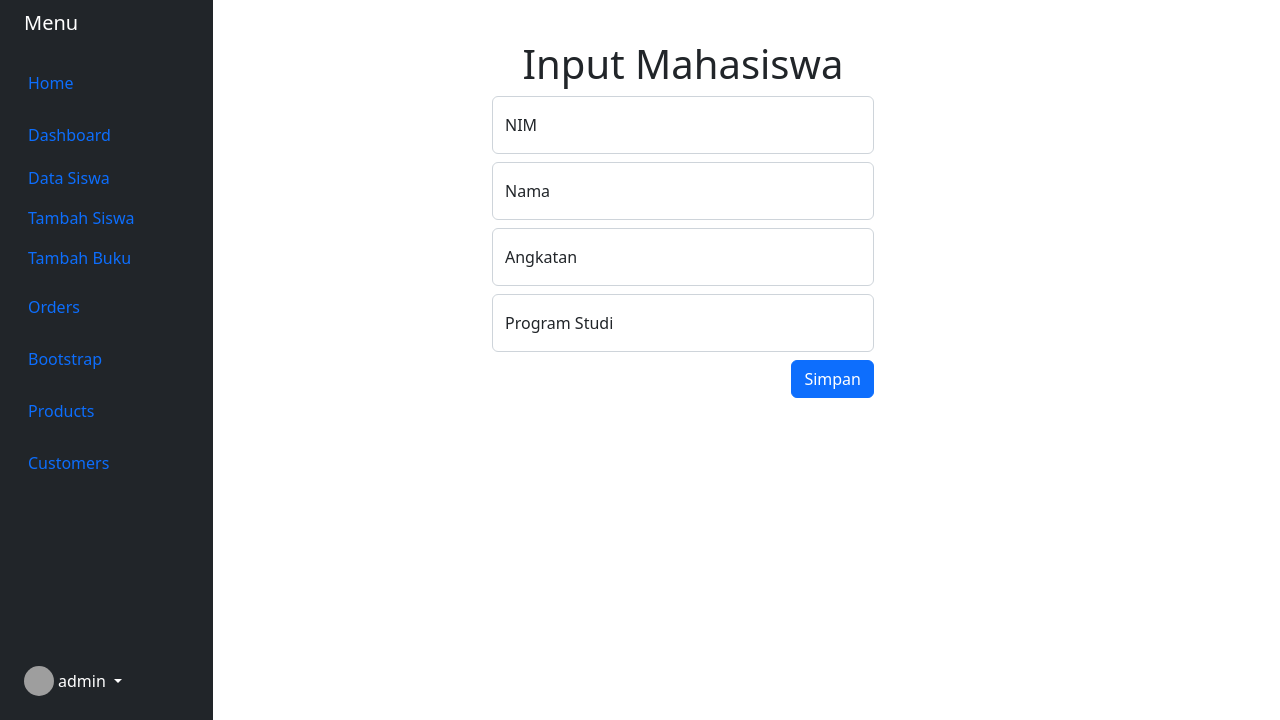
Repository: ervina991/uas-headless-cms
Page: /admin/createsiswa
An editor plug-in stored every save of this project. The page is shown before and after the next save, followed by the edit.
The browser window is 1280 px wide. The pictures show the whole page.
Pictures or frames that could not be fetched are drawn as grey boxes. The project was rebuilt for these pictures with package versions that can differ from the ones it lists, and the page was loaded fresh each time. The framework's server and built-in components were replaced by stand-ins that run in the browser. Also part of the build but not shown: next.config.js.

Above is the page before, as saved 2023-01-16 17:41:37.

After the next save:
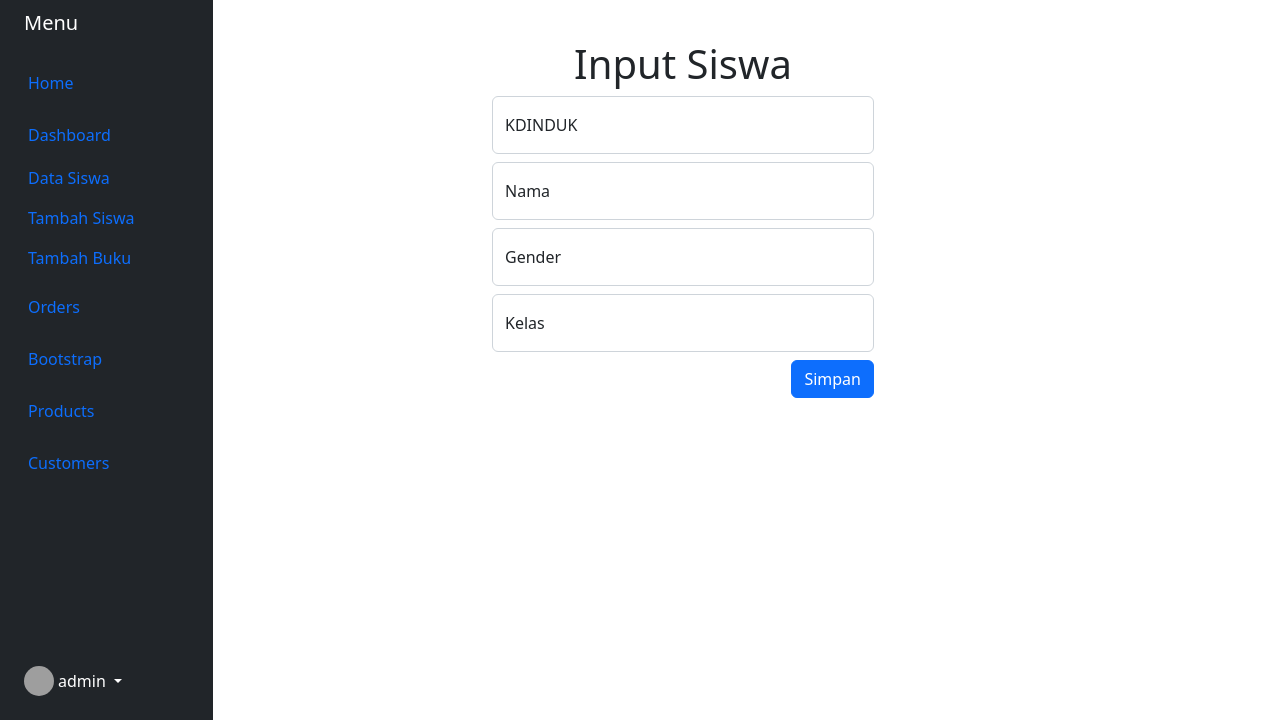
Saved 5 min 24 s later.
--- a/pages/admin/createsiswa.jsx
+++ b/pages/admin/createsiswa.jsx
@@ -1,12 +1,12 @@
 
 import AdminLayout from '../../components/admin/AdminLayout';
-import CreateMahasiswa from '../../components/admin/CreateMahasiswa';
+import CreateSiswa from '../../components/admin/CreateSiswa';
 
-const createmahasiswa = () => {
+const createsiswa = () => {
     return (
         <AdminLayout>
-            <CreateMahasiswa />
+            <CreateSiswa />
         </AdminLayout>
     );
 };
-export default createmahasiswa;
+export default createsiswa;
